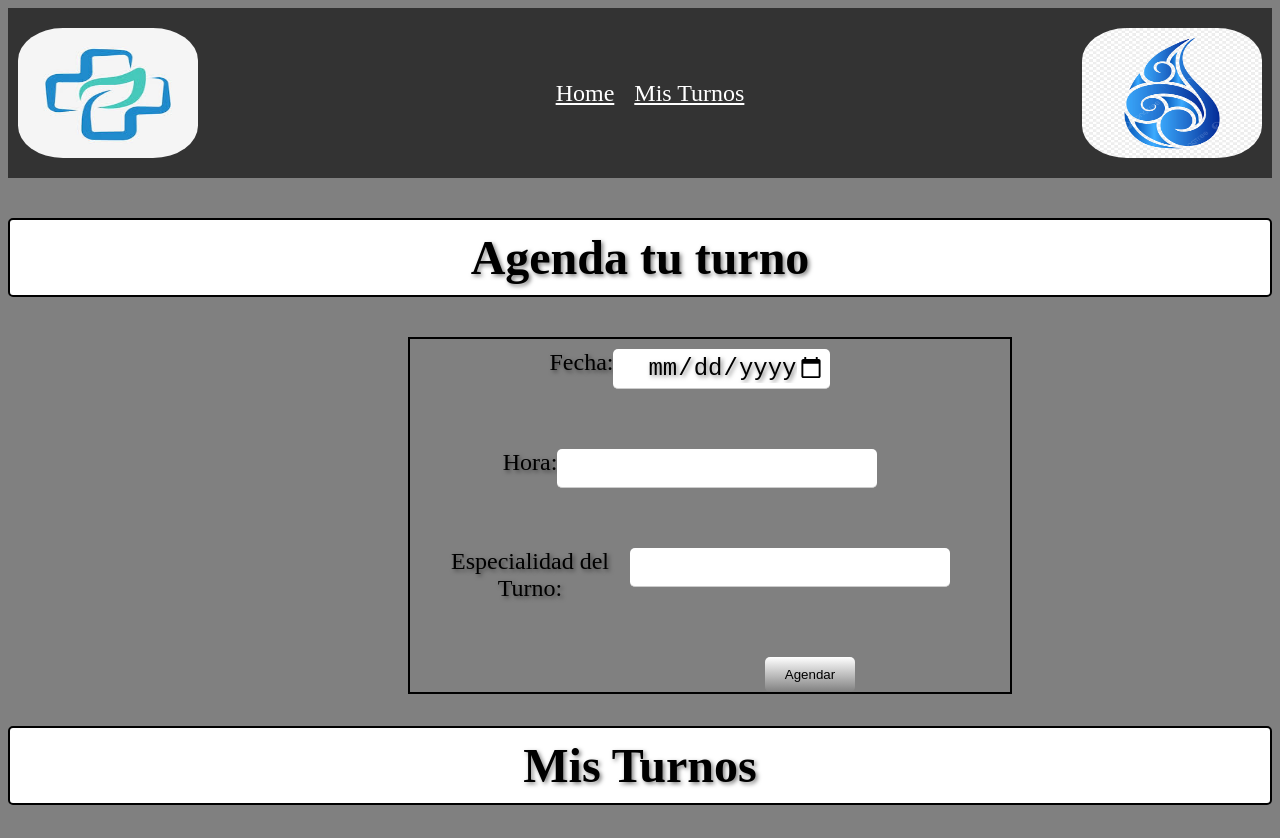
Repository: mauro8778/TurnoClinica
Page: /MisTurnos (app in front/vite-project/)
The author's editor kept a copy of each file at every save. The page is drawn from the files as they stood at one save, then again after the next save.
The browser window is 1280 px wide. The pictures show the whole page.
The page's requests for data from a server got no answer. The project was rebuilt for these pictures with package versions that can differ from the ones it lists, and the page was loaded fresh each time. No one was signed in, and anything a server would have sent is missing. Also part of the build but not shown: front/vite-project/vite.config.js, front/vite-project/src/views/home/home.jsx, front/vite-project/src/Redux/authActions.js, front/vite-project/src/views/Login/Login.jsx, front/vite-project/src/components/turno/turno.css, front/vite-project/src/components/turno/turno.jsx, front/vite-project/src/helper/validate.js, front/vite-project/src/views/Register/Register.jsx.

Above is the page before, as saved 2024-04-15 23:57:41.

### front/vite-project/src/main.jsx
import React from 'react';
import ReactDOM from 'react-dom';
import App from './App.jsx';
import { BrowserRouter } from 'react-router-dom';
import { Provider } from 'react-redux';
import store from './Redux/store.js';

ReactDOM.createRoot(document.getElementById('root')).render(
  <React.StrictMode>
    <BrowserRouter>
      <Provider store={store}>
        <App />
      </Provider>
    </BrowserRouter>
  </React.StrictMode>
);

### front/vite-project/src/App.jsx

import "./index.css"
import NavBar from "./components/NavBar/NavBar.jsx"
import Home from "./views/home/home.jsx"
import { Route, Routes, useLocation } from "react-router-dom";
import Login from "./views/Login/Login.jsx"
import MisTurnos from "./views/misTurnos/MisTurnos.jsx"
import Register from "./views/Register/Register.jsx"

function App() {
  const location = useLocation();

  return (
  <div className="app">
    {location.pathname !== "/" &&  location.pathname !== "/register" &&  <NavBar/>}
  <Routes>
    <Route path="/"element={<Login/>}/>
    <Route path="/home/:userId" element={<Home/>}/>
    <Route path="/misTurnos" element={<MisTurnos />}/>
    <Route path="/register" element={<Register/>}/>
  </Routes>

  </div>

  )
}

export default App

### front/vite-project/src/Redux/store.js
import { configureStore } from '@reduxjs/toolkit';
import authReducer from "./authReducer";

const store = configureStore({
  reducer: {
    auth: authReducer,
  },
});

export default store;

### front/vite-project/src/index.css
body{

  background-color: grey;
}

### front/vite-project/src/components/NavBar/NavBar.jsx

import  "./NavBar.css";
import hospital from "../../assets/hospital.jpg"
import logo from "../../assets/logo.jpg"
import {Link} from "react-router-dom"
const NavBar=()=>{

    return(
    <>

    <div className="navbar">
      <img src={hospital} alt="Imagen 1" className="left-image" />
      <ul className="nav-list">
        <Link className="li" to="/home">Home</Link>
        <br />
        <Link className="li" to="/MisTurnos">Mis Turnos</Link>
      </ul>
      <img src={logo} alt="Imagen 2" className="right-image" />
    </div>


    </>
    )
}
export default NavBar;

### front/vite-project/src/views/misTurnos/MisTurnos.jsx
import { useEffect, useState } from 'react';
import Turno from "../../components/turno/turno.jsx"
import "./MisTurnos.css";
import axios from "axios"

const MisTurnos=()=>{
const [turnos, setTurnos] = useState([]);

    useEffect(()=>{
      axios.get("http://localhost:3000/appoiment")
      .then((res)=>setTurnos(res.data));
    },[]);

return(

        <><div className='container-turns'>
            <div className='turns'>
                <div>
                    <form action="" className='formTurnos'>
                        <div>
                            <h2>
                                Agenda tu turno
                            </h2>
                        </div>
                        <div className="turnero">
                        <label htmlFor="">Fecha:
                            <input type="date" />
                        </label>
                        <label htmlFor="">Hora:
                            <input type="text" name="" id="" />
                        </label>
                        <label htmlFor="">Especialidad del Turno:
                            <input type="text" />
                        </label>
                        <button>Agendar</button>
                        </div>

                    </form>
                </div>
            </div>
            <h1>
            Mis Turnos
        </h1>

        <div className='conteiners'>
            {turnos.map((turno) => {
             return (<Turno
                    key={turno.id}
                    date={turno.date}
                    time={turno.time}
                    description={turno.description}
                    status={turno.status}
                    />)
            })}

        </div>

        </div>
        </>
    )
}

export default MisTurnos;

### front/vite-project/src/Redux/authReducer.js
import { createSlice } from '@reduxjs/toolkit';

const initialState = {
  user: null,
  isAuthenticated: false,
  loading: false,
  error: null,
};

const authSlice = createSlice({
  name: 'auth',
  initialState,
  reducers: {
    setUser: (state, action) => {
      state.user = action.payload;
      state.isAuthenticated = true;
      state.loading = false;
      state.error = null;
    },
    logoutUser: (state) => {
      state.user = null;
      state.isAuthenticated = false;
      state.loading = false;
      state.error = null;
    },
    setLoading: (state, action) => {
      state.loading = action.payload;
    },
    setError: (state, action) => {
      state.error = action.payload;
    },
    clearError: (state) => {
      state.error = null;
    },
  },
});

export const { setUser, logoutUser, setLoading, setError, clearError } = authSlice.actions;

export default authSlice.reducer;

### front/vite-project/src/components/NavBar/NavBar.css
.navbar {
  display: flex;
  justify-content: space-between;
  align-items: center;
  background-color: #333;
  padding: 10px;
  height: 150px;
}

.nav-list {
  list-style: none;
  display: flex;
  margin: 0;
  padding: 0;
}

.li {
  margin-left: 20px;
  color: white;
  font-size: 1.5rem;
}

.left-image,
.right-image {
  width: 180px;
  height: 130px;
  border-radius: 25%;
}

### front/vite-project/src/views/home/home.css
body{
  background-color: grey;
}
h1{
  text-align: center;
  font-size: 3rem;
  background-color: white;
  color: black;
  padding: 10px 20px;
  border: 2px solid black;
  text-shadow: 2px 2px 4px rgba(0, 0, 0, 0.5);
}
.container {

    width: 33%;
    float: left;
  text-align: center;
  align-items: center;
}
.container-dos{

  width: 65%;
  float: right;
text-align: center;
align-items: center;
}
.container-ul {
  list-style: none;
  padding: 0;
}
h3{
  text-align: center;
  text-shadow: 2px 2px 4px rgba(0, 0, 0, 0.5);
  color: white;
  font-size: 2rem;
  margin: 1rem,2rem;

}
h2{
  text-align: center;
  text-shadow: 2px 2px 4px rgba(0, 0, 0, 0.5);
  color: white;
  font-size: 2rem;
  margin: 1rem,2rem;

}
p{
  text-align: center;
  text-shadow: 2px 2px 4px rgba(0, 0, 0, 0.5);
  color: white;
  font-size: 1.5rem;
  margin: 1rem,2rem;

}

.container-li {
  border: 1px solid black;
  padding: 1rem;
  margin-bottom: 1rem;
  background-color: white;
  transition: background-color 0.3s ease;
  border-radius: 8px;
  text-shadow: 2px 2px 4px rgba(0, 0, 0, 0.5);
  font-size: 1.5rem;
  list-style: none;
}

.container-li:hover {
  background: linear-gradient(to bottom, #b3e0ff, #b3b3b3); /* Cambia el fondo al pasar el cursor sobre el elemento */
}

### front/vite-project/src/views/Login/login.css
.card-container {
  display: flex;
  justify-content: center;
  align-items: center;
  height: 100vh;
}
.centered{
  text-align: center;
  font-size: 3rem;
  color: black;
  padding: 10px 20px;
  text-shadow: 2px 2px 4px rgba(0, 0, 0, 0.5);
}
label{
  text-align: center;
  font-size: 1.5rem;
  color: black;
  padding: 10px 20px;
  border-radius: 5px;
  text-shadow: 2px 2px 4px rgba(0, 0, 0, 0.5);
  display: flex;
  justify-content: center;

}
input{
  text-align: right;
  font-size: 1.5rem;
  color: black;
  padding: 10px 20px;
  border-radius: 5px;
  text-shadow: 2px 2px 4px rgba(0, 0, 0, 0.5);
}

.card {
  display: flex;
  border: 1px solid #ccc;
  width: 80%;
  max-width: 800px;
}

.left-column,
.right-column {
  flex: 1;
  padding: 20px;
  background: linear-gradient(white,grey) ;
  display: flex;
  justify-content: center;
  align-items: center;
}

.left-column {
  border-right: 1px solid #ccc;
  background: linear-gradient(white,grey);
  display: flex;
  justify-content: center;
  align-items: center;
}

.right-column {
  display: flex;
  flex-direction: column;
  align-items: center;
  padding: 20px; }

.right-column h2 {
  margin-bottom: 20px;
}

.form-container {
  width: 80%;
  text-align: center;
}

.input-container {
  width: 100%;
  margin-bottom: 20px;
  text-align: left;
}

.error {
  color: red;
  text-align: center;
}

.button-container {
  margin: 0 5px;
}


.botones{
  display: flex;
  justify-content: space-between;
  align-items: center;
}
button {
  padding: 10px 20px;
  background: linear-gradient(white, grey);
  transition: background-color 0.3s ease;
  text-decoration: none;
  color: #333;
  border-radius: 5px;
}
button:hover {
  background-color: rgba(0, 0, 0, 0.1);
}
.Links {
  padding: 10px 20px;
  background: linear-gradient(white, grey);
  transition: background-color 0.3s ease;
  text-decoration: none;
  color: #333;
  border-radius: 5px;
}
.Links:hover {
  background-color: rgba(0, 0, 0, 0.1);
}

### front/vite-project/src/views/misTurnos/MisTurnos.css
.mains-containers {
    border: 1px solid white;
    padding: 20px;
}
h1{
    text-align: center;
    font-size: 3rem;
    background-color: white;
    color: black;
    padding: 10px 20px;
    border: 2px solid black;
    text-shadow: 2px 2px 4px rgba(0, 0, 0, 0.5);
    border-radius: 5px;
  }
  h2{
    text-align: center;
    font-size: 3rem;
    background-color: white;
    color: black;
    padding: 10px 20px;
    border: 2px solid black;
    border-radius: 5px;
    text-shadow: 2px 2px 4px rgba(0, 0, 0, 0.5);
  }
  .formTurnos{
align-items: center;
text-align: center;

  }
  .turnero{
    align-items: center;
    text-align: center;
    border: 2px solid black;
    height: auto;
    width: 600px;
    margin-left:400px;
    display: flex;
    flex-direction: column;

  }
  .turnero label {
    margin-bottom: 10px;
}

.turnero input {
    margin-bottom: 10px;
}
.turnero label,
    .turnero input {
        margin-bottom: 20px;
      margin-right: 20px;}

  .especialidad{

    max-width: 230px;
  }
  .agendar{

    margin-right: 230px;
    margin-bottom: 20px;
  }

### front/vite-project/src/views/Register/Register.css
.tarjeta {
    display: flex;
    flex-direction: column;
    justify-content: center;
    align-items: center;
    width: 600px;
    height: auto;
    margin: 10px;
    padding: 20px;
    position: relative;
    overflow: hidden;
    border: 1px solid #ccc;
    background-color: transparent;
    top: 25%;
  left: 25%;

  }


  .contenido {
    display: flex;
    flex-direction: column;
    align-items: center;
    margin-bottom: 2rem;
  }

  .contenido h2 {
    text-align: center;
  font-size: 3rem;
  color: black;
  padding: 10px 20px;
  text-shadow: 2px 2px 4px rgba(0, 0, 0, 0.5);
  }

  button {
    margin-top: 20px;
    padding: 10px 20px;
    background-color: transparent;
    border: none;
    color: black;
    cursor: pointer;
    margin-left: 200px;
  }

  button:hover {
    background-color: #ccc;
  }

  input {
    margin-bottom: 10px;
    padding: 5px;
    border: none;
    border-bottom: 1px solid #ccc;
    outline: none;
  }
  label{
    text-align: center;
    font-size: 1.5rem;
    color: black;
    padding: 10px 20px;
    border-radius: 5px;
    text-shadow: 2px 2px 4px rgba(0, 0, 0, 0.5);
    display: flex;
    justify-content: center;

  }
  input:focus {
    border-bottom-color: black;
  }
  .error {
    color: red;
    height: 1rem;
    margin-bottom: 1rem;
    font-size:1rem;

  }

  .contenido label {
    display: flex;
    justify-content: space-between;
     align-items: center;
    width: 90%;
    margin-bottom: 10px;
  }

  .contenido label input {
    width: calc(100% - 150px);  padding: 10px;
  }


  .contenido label span {
    width: 150px;
    text-align: right;
    padding-right: 20px;
  }

Loaded but not shown: front/vite-project/index.html (common file)

After the next save:
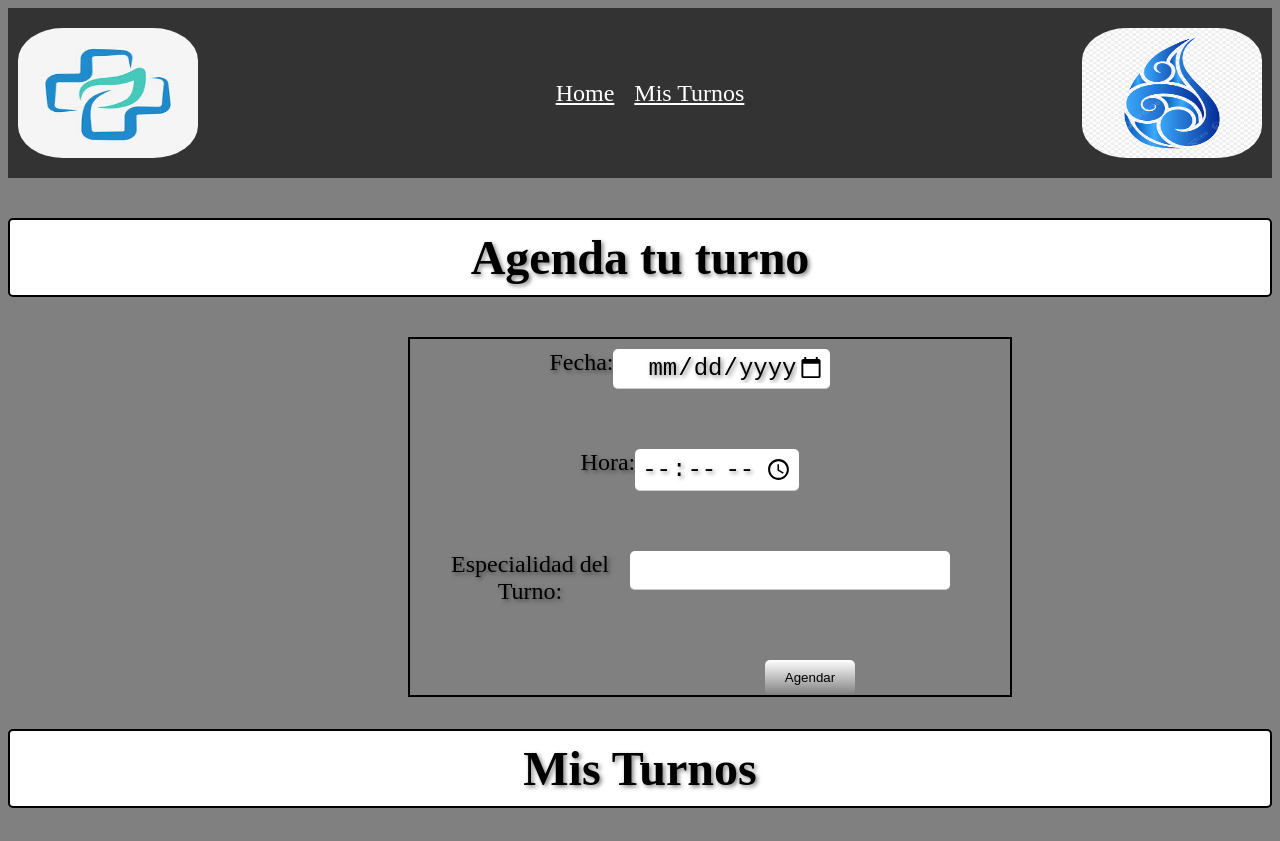
Saved 94 s later.
--- a/front/vite-project/src/views/misTurnos/MisTurnos.jsx
+++ b/front/vite-project/src/views/misTurnos/MisTurnos.jsx
@@ -1,63 +1,68 @@
 import { useEffect, useState } from 'react';
+import { useSelector } from 'react-redux';
 import Turno from "../../components/turno/turno.jsx"
 import "./MisTurnos.css";
 import axios from "axios"
 
-const MisTurnos=()=>{
-const [turnos, setTurnos] = useState([]);
+const MisTurnos = () => {
+    const [userTurnos, setUserTurnos] = useState([]);
+    const userId = useSelector(state => state.auth.user?.id); // Suponiendo que la ruta a `id` sea correcta en tu store
 
-    useEffect(()=>{
-      axios.get("http://localhost:3000/appoiment")
-      .then((res)=>setTurnos(res.data));
-    },[]);
+    useEffect(() => {
+        const fetchUserTurnos = async () => {
+            try {
+                const response = await axios.get(`http://localhost:3000/appoiment/${userId}`);
+                setUserTurnos(response.data);
+            } catch (error) {
+                console.error('Error fetching appointments:', error);
+            }
+        };
 
-return(
+        if (userId) {
+            fetchUserTurnos();
+        }
+    }, [userId]);
 
-        <><div className='container-turns'>
-            <div className='turns'>
-                <div>
-                    <form action="" className='formTurnos'>
-                        <div>
-                            <h2>
-                                Agenda tu turno
-                            </h2>
-                        </div>
-                        <div className="turnero">
-                        <label htmlFor="">Fecha:
-                            <input type="date" />
-                        </label>
-                        <label htmlFor="">Hora:
-                            <input type="text" name="" id="" />
-                        </label>
-                        <label htmlFor="">Especialidad del Turno:
-                            <input type="text" />
-                        </label>
-                        <button>Agendar</button>
-                        </div>
+    return (
+        <>
+            <div className='container-turns'>
+                <div className='turns'>
+                    <div>
+                        <form action="" className='formTurnos'>
+                            <div>
+                                <h2>Agenda tu turno</h2>
+                            </div>
+                            <div className="turnero">
+                                <label htmlFor="">Fecha:
+                                    <input type="date" />
+                                </label>
+                                <label htmlFor="">Hora:
+                                    <input type="time" name="" id="" />
+                                </label>
+                                <label htmlFor="">Especialidad del Turno:
+                                    <input type="text" />
+                                </label>
+                                <button>Agendar</button>
+                            </div>
+                        </form>
+                    </div>
+                </div>
+                <h1>Mis Turnos</h1>
 
-                    </form>
+                <div className='containers'>
+                    {userTurnos.map((turno) => (
+                        <Turno
+                            key={turno.id}
+                            date={turno.date}
+                            time={turno.time}
+                            description={turno.description}
+                            status={turno.status}
+                        />
+                    ))}
                 </div>
             </div>
-            <h1>
-            Mis Turnos
-        </h1>
-
-        <div className='conteiners'>
-            {turnos.map((turno) => {
-             return (<Turno
-                    key={turno.id}
-                    date={turno.date}
-                    time={turno.time}
-                    description={turno.description}
-                    status={turno.status}
-                    />)
-            })}
-
-        </div>
-
-        </div>
         </>
-    )
-}
+    );
+};
 
 export default MisTurnos;
